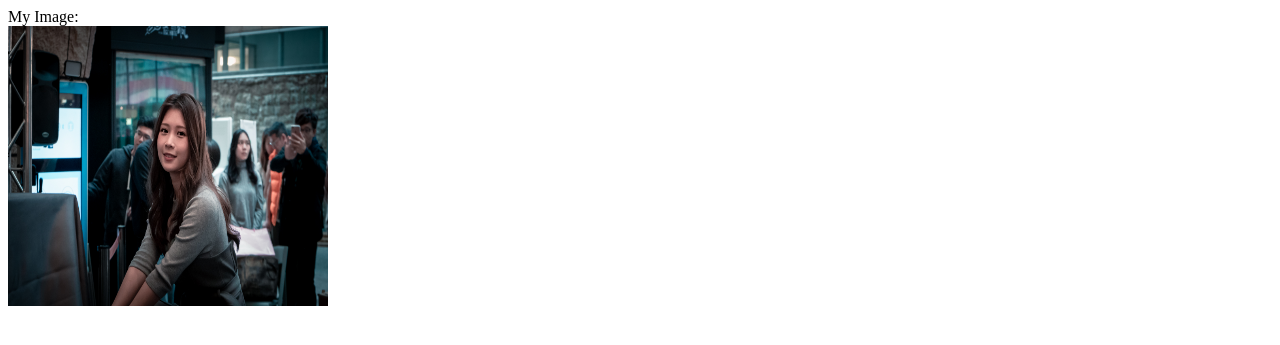
Repository: Thomas85198/SpringTest
Page: http://localhost/SpringMvcWebProject/viewimagePage1.jsp
These files come from the project's save history. The page is drawn as it stood at one moment and after the next save; the edit follows.
The browser window is 1280 px wide. The pictures show the whole page.
The page is served by Tomcat 9. Nobody is signed in. The application's start-up code is not run.

Above is the page before, as saved 2020-01-09 01:44:44.

After the next save:
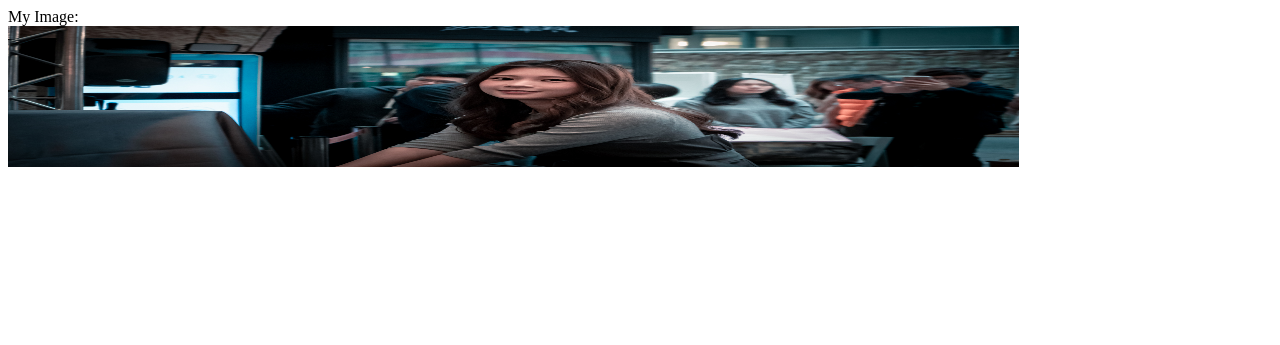
Saved 4 min 55 s later.
--- a/SpringMvcWebProject/WebContent/viewimagePage1.jsp
+++ b/SpringMvcWebProject/WebContent/viewimagePage1.jsp
@@ -10,6 +10,6 @@
 </head>
 <body>
 My Image:<br/>
-<img src="<c:url value="/images/image01.jpg"></c:url>"  width="320" height="280"/><br/>
+<img src="<c:url value="/images/image01.jpg"></c:url>" width="80%" height="20%"/><br/>
 </body>
 </html>
